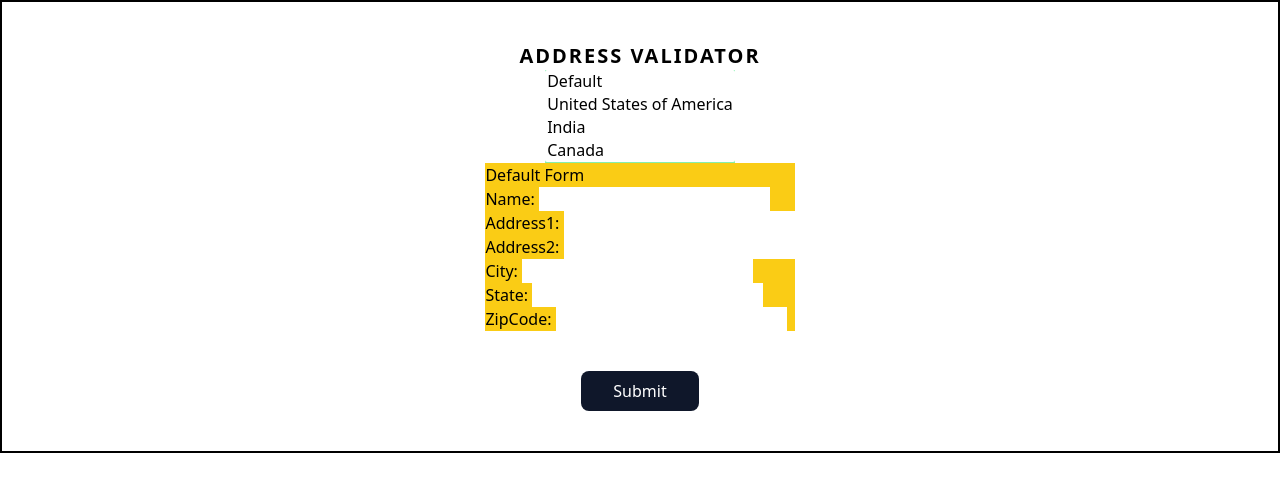
Repository: jay-singhvi/SWArchDesign_TeamProject
Page: / (app in frontend/address-validation/)
An editor plug-in stored every save of this project. The page is shown before and after the next save, followed by the edit.
The browser window is 1280 px wide. The pictures show the whole page.
The project was rebuilt for these pictures with package versions that can differ from the ones it lists, and the page was loaded fresh each time. Also part of the build but not shown: frontend/address-validation/src/App.css.

Above is the page before, as saved 2023-03-07 13:54:19.

### frontend/address-validation/src/App.js

import './App.css';
import React, { useState, setState } from 'react';

// React component for creating and sending POST request
function App() {

  // variables to handle the Request and Response
  const [countryList, setCountryList] = useState("");
  const [formData, setFormData] = useState(null);
  const [responseData, setResponseData] = useState(null);

  // Set of Counries under consideration
  const countries = [
    { name: "Default"},
    { name: "United States of America"},
    { name: "India"},
    { name: "Canada"}
  ];

  // Function to render form based on Countries
  function renderForm() {
    if (countryList.length === 1) {
      console.log(countryList)
        if(countryList.includes("United States of America"))
          return <USAForm setFormData={setFormData} />;
        else if(countryList.includes("India"))
          return <IndiaForm setFormData={setFormData} />;
        else if(countryList.includes("Canada"))
          return <CanadaForm setFormData={setFormData} />;
        else
          return <DefaultForm setFormData={setFormData} />;
    }
    // Renders form for multiple selected countries
    else {
      return <DefaultForm setFormData={setFormData} />
    }
  }

  // Handles selected country and set ths
  function handleSelectedCountry(event) {
    const selectedOptions = Array.from(event.target.selectedOptions);
    const selectedValues = selectedOptions.map(option => option.value);
    setCountryList(selectedValues);
  }

  // Finds address based on the form data
  async function findAddress(event) {
    event.preventDefault();

    // If only one country is selected
    if(countryList.length === 1) {

      //If selected country id default then send country field empty in JSON request
      if(countryList[0] === 'Default')
      {
        countryList[0] = ''
      }
      const updatedFormData = {...formData, "Country": countryList[0]};

      // If form data has Name attribute then search based on name and country
      if(formData !== null && formData.Name !== null){
        try {
          const response = await fetch("http://localhost:5000/api/searchCountriesByClient", {
            method: "POST",
            headers: {
              "Content-Type": "application/json",
            },
            body: JSON.stringify(updatedFormData),
          });

          const data = await response.json();
          setResponseData(data);
        } catch (error) {
          console.error(error);
          setResponseData({ error: "An error occurred" });
        }
      }

      //If name is not mentioned then populate all addresses for that country based on JSON request
      else {
        try {
          const response = await fetch("http://localhost:5000/api/searchCountry", {
            method: "POST",
            headers: {
              "Content-Type": "application/json",
            },
            body: JSON.stringify(updatedFormData),
          });

          const data = await response.json();
          setResponseData(data);
        } catch (error) {
          console.error(error);
          setResponseData({ error: "An error occurred" });
        }
      }
    }
    //If more one country is selected then send the list of countries with JSON request
    else if(countryList.length > 1){
      const updatedFormData = {...formData, "Country": countryList};

      try {
        const response = await fetch("http://localhost:5000//api/searchCountries", {
          method: "POST",
          headers: {
            "Content-Type": "application/json",
          },
          body: JSON.stringify(updatedFormData),
        });

        const data = await response.json();
        setResponseData(data);
      } catch (error) {
        console.error(error);
        setResponseData({ error: "An error occurred" });
      }
    }
    // If only name is mentioned then look for that name in all countries
    else if(formData !== null && formData.Name !== null){
      try {
        const response = await fetch("http://localhost:5000/api/searchCountriesByClient", {
          method: "POST",
          headers: {
            "Content-Type": "application/json",
          },
          body: JSON.stringify(formData),
        });

        const data = await response.json();
        setResponseData(data);
      } catch (error) {
        console.error(error);
        setResponseData({ error: "An error occurred" });
      }
    }
    setFormData({});
  }

  // Give all the options of countries to user for selection
  return (
    <div className=' items-center justify-between min-h-screen  '>
    <div className='  py-10 flex flex-col items-center border-2 border-black'>
      <h1 className=' uppercase tracking-widest font-bold text-xl'>Address Validator</h1>
      <div className=' bg-green-300'>
        <select multiple value={countryList} onChange={handleSelectedCountry}>
          {countries.map((country) => (
            <option key={country.name} value={country.name}>
              {country.name}
            </option>
          ))}
        </select>
      </div>

      {renderForm()}

      <button type="submit" onClick={findAddress} className=" mt-10 bg-slate-900 cursor-pointer px-8 py-2 rounded-lg text-white ">
          Submit
        </button>

      {responseData && (
        <div>
          <h2>Post Result:</h2>
          <pre>{JSON.stringify(responseData, null, 2)}</pre>
        </div>
      )}
      </div>
    </div>

  );
}

// React component to render USA specific form
function USAForm({setFormData}) {
  const [formValues, setFormValues] = useState({});
  function updateForm(event) {
    setFormValues({
      ...formValues,
      [event.target.name]: event.target.value,
    });
    setFormData({
      ...formValues,
      [event.target.name]: event.target.value,
    });
  }

  return (
    <div>
      <form>
        <h2>United States Form</h2>
        Name: <input type="text" name="Name" onChange={updateForm} />
        <br/>
        Address1: <input type="text" name="Address1" onChange={updateForm} />
        <br/>
        Address2: <input type="text" name="Address2" onChange={updateForm} />
        <br/>
        City: <input type="text" name="City" onChange={updateForm} />
        <br/>
        State: <input type="text" name="State" onChange={updateForm} />
        <br/>
        ZipCode: <input type="text" name="Zipcode" onChange={updateForm} />
        <br/>
      </form>
    </div>
  );
}

// React component to render Canada specific form
function CanadaForm({setFormData}) {
  const [formValues, setFormValues] = useState({});
  function updateForm(event) {
    setFormValues({
      ...formValues,
      [event.target.name]: event.target.value,
    });
    setFormData({
      ...formValues,
      [event.target.name]: event.target.value,
    });
  }

  return (
    <div>
      <form>
        <h2>Canada Form</h2>
        Name: <input type="text" name="Name" onChange={updateForm} />
        <br/>
        Address1: <input type="text" name="Address1" onChange={updateForm} />
        <br/>
        Address2: <input type="text" name="Address2" onChange={updateForm} />
        <br/>
        City: <input type="text" name="City" onChange={updateForm} />
        <br/>
        Province: <input type="text" name="State" onChange={updateForm} />
        <br/>
        Postalcode: <input type="text" name="ZipCode" onChange={updateForm} />
      </form>
    </div>
  );
}

// React component to render India specific form
function IndiaForm({setFormData}) {
  const [formValues, setFormValues] = useState({});
  function updateForm(event) {
    setFormValues({
      ...formValues,
      [event.target.name]: event.target.value,
    });
    setFormData({
      ...formValues,
      [event.target.name]: event.target.value,
    });
  }

  return (
    <div>
      <form>
        <h2>India Form</h2>
        Name: <input type="text" name="Name" onChange={updateForm} />
        <br/>
        Street Address: <input type="text" name="Address1" onChange={updateForm} />
        <br/>
        Address2: <input type="text" name="Address2" onChange={updateForm} />
        <br/>
        City: <input type="text" name="City" onChange={updateForm} />
        <br/>
        State: <input type="text" name="State" onChange={updateForm} />
        <br/>
        Pincode: <input type="text" name="ZipCode" onChange={updateForm} />
        <br/>
      </form>
    </div>
  );
}

// React component to render default form
function DefaultForm({setFormData}) {

  const [formValues, setFormValues] = useState({});
  function updateForm(event) {
    setFormValues({
      ...formValues,
      [event.target.name]: event.target.value,
    });
    setFormData({
      ...formValues,
      [event.target.name]: event.target.value,
    });
  }

  return (
    <div className='  bg-yellow-400'>
      <h2>Default Form</h2>
        Name: <input type="text" name="Name" onChange={updateForm} />
        <br/>
        Address1: <input type="text" name="Address1" onChange={updateForm} />
        <br/>
        Address2: <input type="text" name="Address2" onChange={updateForm} />
        <br/>
        City: <input type="text" name="City" onChange={updateForm} />
        <br/>
        State: <input type="text" name="State" onChange={updateForm} />
        <br/>
        ZipCode: <input type="text" name="Zipcode" onChange={updateForm} />
        <br/>
    </div>
  );
}

export default App;

Loaded but not shown: frontend/address-validation/public/index.html (common file); frontend/address-validation/src/index.js (common file); frontend/address-validation/src/index.css (common file); frontend/address-validation/src/reportWebVitals.js (common file); frontend/address-validation/tailwind.config.js (common file)

After the next save:
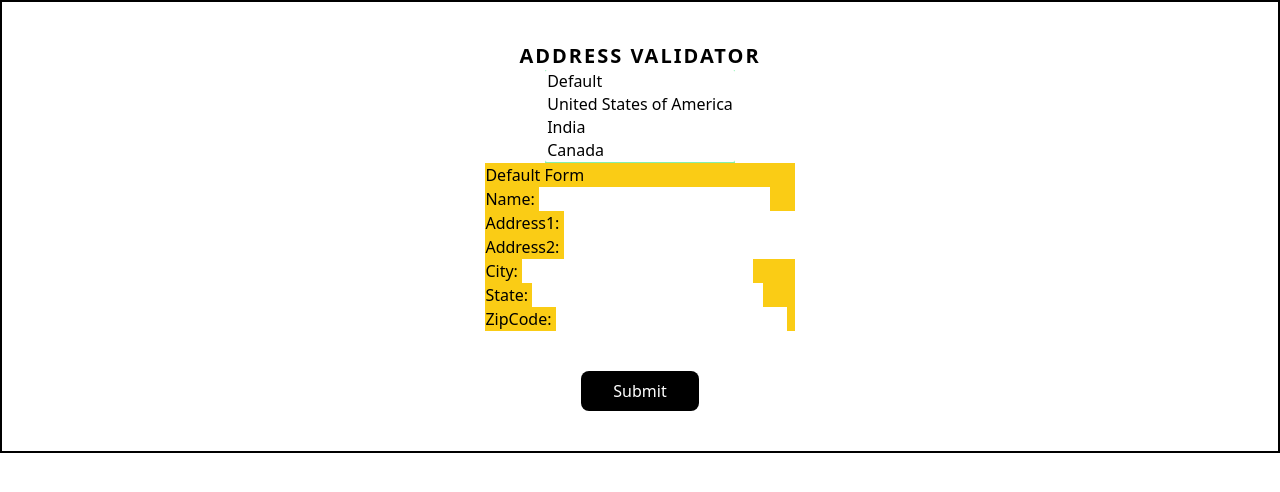
Saved 9 s later.
--- a/frontend/address-validation/src/App.js
+++ b/frontend/address-validation/src/App.js
@@ -154,7 +154,7 @@ function App() {
 
       {renderForm()}
 
-      <button type="submit" onClick={findAddress} className=" mt-10 bg-slate-900 cursor-pointer px-8 py-2 rounded-lg text-white ">
+      <button type="submit" onClick={findAddress} className=" mt-10 bg-black cursor-pointer px-8 py-2 rounded-lg text-white ">
           Submit
         </button>
 
